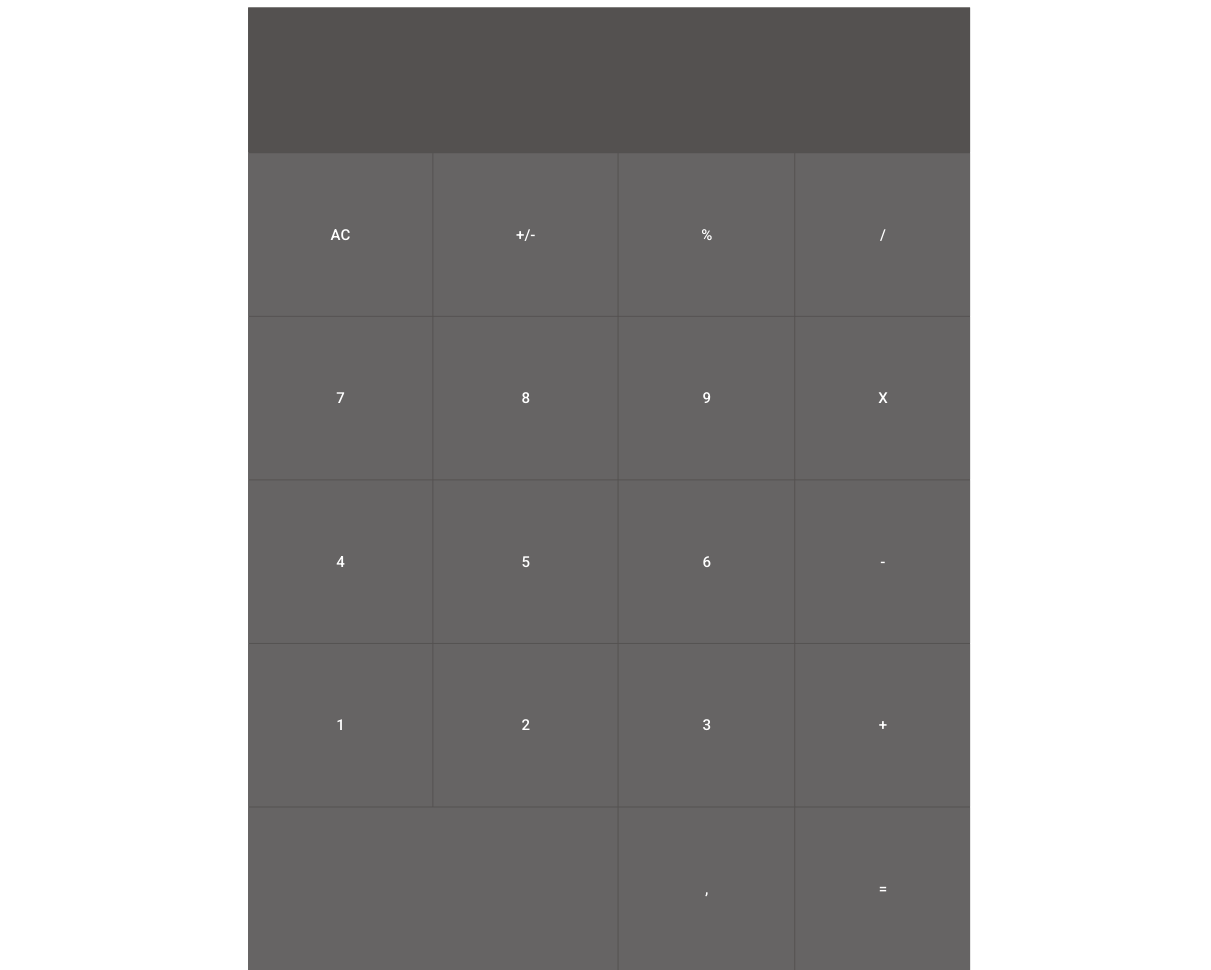
Repository: maciekto/calculatorOOP
Page: index.html
An editor plug-in stored every save of this project. The page is shown before and after the next save, followed by the edit.
The browser window is 1280 px wide. The page is 1288 px wide, so the pictures cover 1288 px, including what lies to the right of the window. The pictures show the whole page, at 94% of full size.

Above is the page before, as saved 2022-06-19 18:56:39.

### index.html
<!DOCTYPE html>
<html lang="en">
<head>
    <meta charset="UTF-8">
    <meta http-equiv="X-UA-Compatible" content="IE=edge">
    <meta name="viewport" content="width=device-width, initial-scale=1.0">
    <title>Document</title>
    <link rel="stylesheet" href="css.css">


</head>
<body>
    <main>
        <div class="Calc">
            <div class="Calc__result"></div>

            <div class="Calc__reset">
                AC
            </div>
            <div class="Calc__opposite">
                +/-
            </div>
            <div class="Calc__percentages">
                %
            </div>
            <div class="Calc__divide">
                /
            </div>

            <div class="Calc__7">7</div>
            <div class="Calc__8">8</div>
            <div class="Calc__9">9</div>
            <div class="Calc__multiply">
                X
            </div>

            <div class="Calc__4">4</div>
            <div class="Calc__5">5</div>
            <div class="Calc__6">6</div>
            <div class="Calc__substraction">
                -
            </div>

            <div class="Calc__1">1</div>
            <div class="Calc__2">2</div>
            <div class="Calc__3">3</div>
            <div class="Calc__addition">
                +
            </div>

            <div class="Calc__0"></div>
            <div class="Calc__comma">,</div>
            <div class="Calc__isequal">
                =
            </div>

        </div>
    </main>

    <script src="js.js"></script>
</body>
</html>

### css.css
@import url('https://fonts.googleapis.com/css2?family=Roboto:wght@400;500;700&display=swap');

* {
    font-family: 'Roboto', sans-serif;
    font-weight: 500;
    box-sizing: border-box;
}

main {
    width: 100vw;
    height: 100vh;
    display: grid;
    place-items: center;
}

.Calc {
    max-width: 60vw;
    width: 60vw;
    height: 80vw;
    background: #545150;
    color: white;
    display: grid;
    grid-template-areas:
    "result result result result"
    "reset opposite percentages divide"
    "seven eight nine multiply"
    "four five six substraction"
    "one two three addition"
    "zero zero comma isequal"
    ;
    grid-gap: 1px;
}
.Calc div {
    display: grid;
    place-items: center;
    background: #666464;
}
.Calc__result {
    grid-area: result;
    background: #545150 !important;
}
.Calc__0 {
    grid-area: zero;
}

### js.js
console.log('siemano')

After the next save:
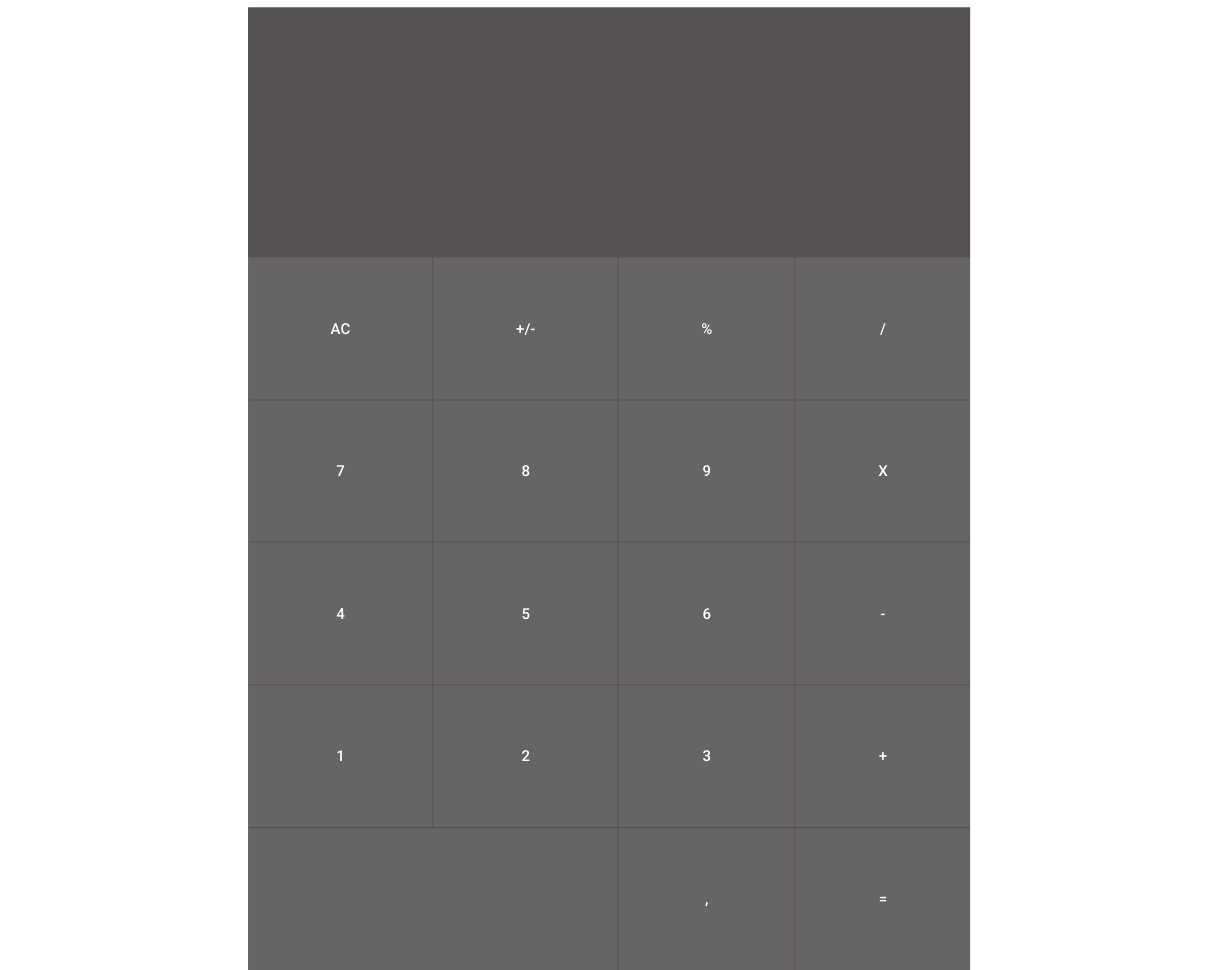
Saved 13 s later.
--- a/css.css
+++ b/css.css
@@ -22,6 +22,7 @@ main {
     display: grid;
     grid-template-areas:
     "result result result result"
+    "result result result result"
     "reset opposite percentages divide"
     "seven eight nine multiply"
     "four five six substraction"
